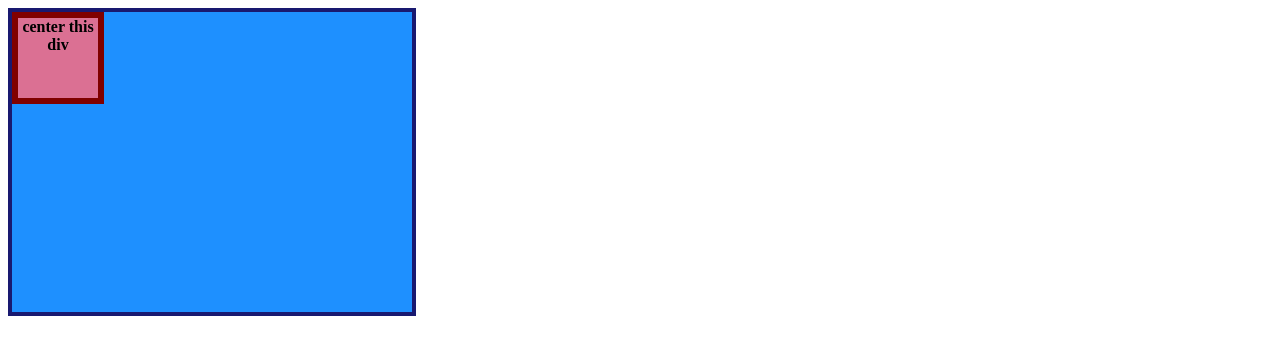
Repository: evemcd/odin_project
Page: 06-odin-css-flex/01-flex-center/index.html
The author's editor kept a copy of each file at every save. The page is drawn from the files as they stood at one save, then again after the next save.
The browser window is 1280 px wide. The pictures show the whole page.

Above is the page before, as saved 2022-02-02 13:12:22.

### 06-odin-css-flex/01-flex-center/index.html
<!DOCTYPE html>
<html lang="en">

<head>
    <meta charset="UTF-8">
    <meta http-equiv="X-UA-Compatible" content="IE=edge">
    <meta name="viewport" content="width=device-width, initial-scale=1.0">
    <title>CENTER THIS DIV</title>
    <link rel="stylesheet" href="style.css">
</head>

<body>
    <div class="container">
        <div class="box">center this div</div>
    </div>
</body>

</html>

### 06-odin-css-flex/01-flex-center/style.css
.container {
    background: dodgerblue;
    border: 4px solid midnightblue;
    width: 400px;
    height: 300px;
    display: flex;
}

.box {
    background: palevioletred;
    font-weight: bold;
    text-align: center;
    border: 6px solid maroon;
    width: 80px;
    height: 80px;
    /* justify-content: center; */
    align-items: center;
}

After the next save:
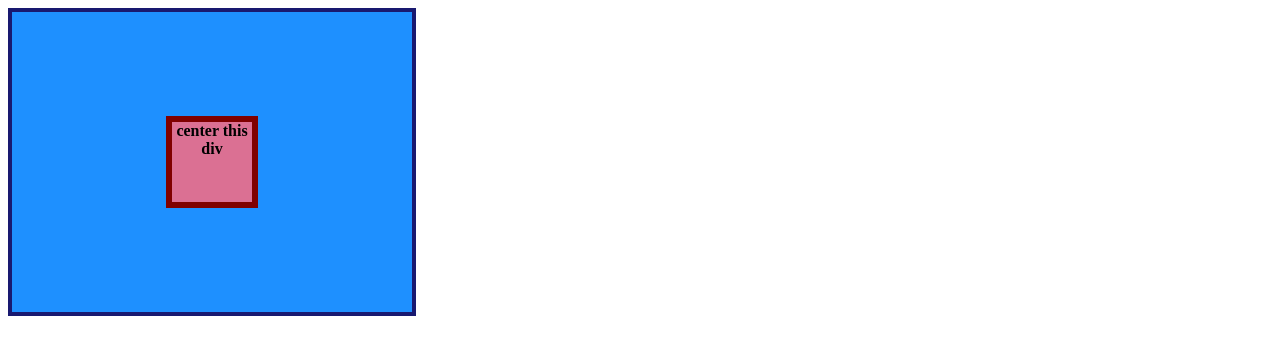
Saved 60 s later.
--- a/06-odin-css-flex/01-flex-center/style.css
+++ b/06-odin-css-flex/01-flex-center/style.css
@@ -4,6 +4,8 @@
     width: 400px;
     height: 300px;
     display: flex;
+    justify-content: center;
+    align-items: center;
 }
 
 .box {
@@ -13,6 +15,4 @@
     border: 6px solid maroon;
     width: 80px;
     height: 80px;
-    /* justify-content: center; */
-    align-items: center;
 }
